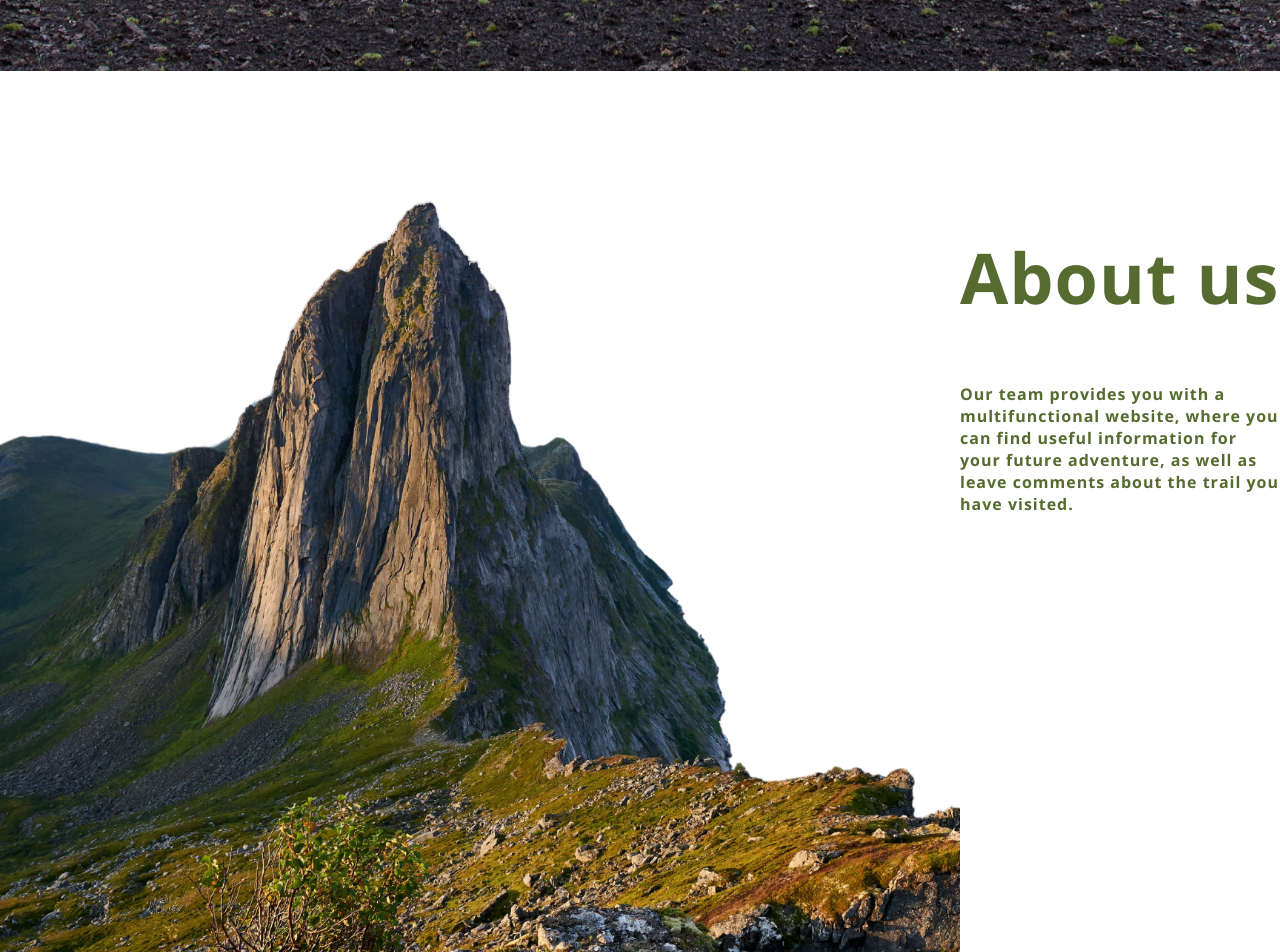
Repository: artembundin/travelrus.github.io
Page: index.html
An editor plug-in stored every save of this project. The page is shown before and after a run of saves, followed by the edit.
The browser window is 1280 px wide. The pictures show the part of the page from y = 2629 to 3581 px (the page is 4792 px tall).
A picture or video elsewhere on the page could not be fetched, so the positions and the page height are approximate. An inner scrolling area shows only its first screen. Backgrounds fixed to the window are drawn as part of the page. Some web fonts or font styles are not loaded; a fallback is used.

Above is the page before, as saved 2025-05-08 01:38:42.
Console error: TypeError: Cannot read properties of null (reading 'offsetTop')

### index.html
<!DOCTYPE html>
<html lang="en">
  <head>
    <meta charset="UTF-8" />
    <meta name="viewport" content="width=device-width, initial-scale=1.0" />
    <title>Document</title>
    <link rel="stylesheet" href="style.css" />
  </head>
  <body>
    <header class="header">
      <div class="container-header">
        <img src="icons/TRAIL TRIBE (3).svg" alt="" class="anim header-logo" />
        <ul class="header-list">
          <li><a class="active" href="/">HOME</a></li>
          <li><a href="/">BLOG</a></li>
          <li><a href="#inf">DISCOVER</a></li>
          <li><a href="/">ABOUT AS</a></li>
        </ul>
      </div>
    </header>
    <main class="main">
      <section class="join">
        <div class="join-container">
          <div class="text_section">
            <h2>Featured Items</h2>
            <p>
              These are some of the basic things that will be useful to you on a
              hike. See the full list on our blog.
            </p>
          </div>
          <a href="#" class="btn_list" id="newPageButton">BLOG</a>
        </div>
      </section>
      <section class="inf" id='inf'>
        <div class="inf-container">
          <h2 class="inf-caption animate-slidein">Find our most popular camps</h2>
          <div class="cards">
              <div class="cards-content">
                <a href="map.html#mapstore">
                  <img src="images/bvt.jpeg" alt="" class="img">
                </a>
                <div class="cards-text">
                  <h4 class="cards-title">The Big Valdai Trail</h4>
                  <p class="cards-sub-title">Its uniqueness lies in the change of ecological systems: spruce-fir forest, broad-leaved forest, pine forest.</p>
                </div>
              </div>
            <div class="cards-content">
              <a href="map.html#mapstore2">
                <img src="images/30.jpeg" alt="" class="img">
              </a>
              <div class="cards-text">
                <h4 class="cards-title">Through the Mountains to the Sea</h4>
                <p class="cards-sub-title">One of the oldest, most popular traveled tourist routes in the Soviet Union.</p>
              </div>
            </div>
            <div class="cards-content">
              <a href="map.html#mapstore3">
                <img src="images/btt.jpeg" alt="" class="img">
              </a>
              <div class="cards-text">
                <h4 class="cards-title">The Great Baikal Trail</h4>
                <p class="cards-sub-title">The trail will connect three national parks and three reserves.</p>
              </div>
            </div>
          </div>
        </div>
      </section>
      <section class="aboutus">
        <div class="aboutus-container">
          <div class="aboutus-image animate-slideleft"></div>
          <div class="aboutus-text animate-slideright">
            <h2 class="aboutus-title">About us</h2>
            <p class="aboutus-sub-title">Our team provides you with a multifunctional website, where you can find useful information for your future adventure, as well as leave comments about the trail you have visited.</p>
          </div>
        </div>
      </section>
      <section class="stuff-list">
      <h2 class="stuff-list-caption animate-appeir">That is useful for any hike</h2>
      <div class="item">
        <div class="stuff-list-container animate-appeir">
            <div class="stuff-item">
                    <p class="item1_title">Knife</p>
                    <img src="images/knife.svg" alt="/" id="item1">
            </div>
            <div class="stuff-item">
                    <p class="item2_title">Sleeping-bag</p>
                    <img src="images/sleepingbag.svg" alt="/" id="item2">
            </div>
            <div class="stuff-item">
                    <p class="item3_title">Tent</p>
                    <img src="images/tent.svg" alt="/" id="item3">
            </div>
          </div>
      </div>
    </section>
  </main>
  <script src="animation.js"></script>
  </body>
</html>




<!--<h2 class="stuff-list-caption">That is useful for any hike</h2>-->

### style.css
@font-face {
  font-family: 'OpenSans';
  src: url(fonts/OpenSans-Regular.woff2) format('woff2');
  font-weight: 400;
  font-style: normal;
  font-display: swap;
}
@font-face {
  font-family: 'OpenSans';
  src: url(fonts/OpenSans-Bold.woff2) format('woff2');
  font-weight: 700;
  font-style: normal;
  font-display: swap;
}


body {
  margin: 0;
  font-family: 'OpenSans';
  background-color: white;
  color: white;
  font-weight: 550;
}

ul {
  list-style: none;
  padding: 0;
  margin: 0;
}

a {
  text-decoration: none;
  color: white;
}

p {
  display: flex;
  /*animation: pfade linear both;
  animation-timeline: view();
  animation-range: entry 50% cover 50%;*/
}


h1, h2, h3, h4, h5, h6 {
  display: flex;
  /*animation: pfade linear both;
  animation-timeline: view();
  animation-range: entry 50% cover 50%;*/
}


/*@keyframes pfade {
  from {
    opacity: 0;
  }
  to {
    opacity: 1;
  }
} */

a {
  text-decoration: none;
}

/*Шапка*/

.header {
  position: relative;
  text-align: center;
  background-image: url(images/hiking3.jpeg);
  background-attachment: fixed;
  background-size: cover;
  background-position: center;
}

.container-header {
  display: flex;
  flex-direction: column;
  align-items: center;
  max-width: 1200px;
  height: 900px;
  margin-left: auto;
  margin-right: auto;
  overflow-x: hidden;
  padding: 0 15px;
}

.header-logo {
  width: 600px;
  height: 600px;
}



.header-img {
  position: absolute;
  width: 100%;
  height: auto;

  background-image: url(images/hiking3.jpeg);
  /*background-attachment: fixed;
    background-size: cover;
    background-position: center;*/
  z-index: -1;
}

.header-list {
  display: flex;
  gap: 40px;
  margin-top: -100px;
  text-decoration: underline;
  text-underline-offset: 10px;
  opacity: 0.6;
  font-weight: 600;
  font-size: 25px;
  letter-spacing: 3px;
}


/*СЕКЦИЯ 1*/

.main {
  display: inline;
}


.join {
  background-image: url('images/cloudmount.png');
  background-size: contain;
  background-repeat: no-repeat;
  animation: pfade linear both;
  animation-timeline: view();
  animation-range: entry 50% cover 50%;
}

@keyframes pfade {
  from {
    opacity: 0;
  }
  to {
    opacity: 1;
  }
}

.join-container {
  display: flex;
  max-width: 1200px;
  height: 900px;
  margin-left: auto;
  margin-right: auto;
  overflow-x: hidden;
  padding: 0 15px;
}


.text_section {
  width: 330px;
  height: 500px;
  padding: 100px;
  color: darkolivegreen;
}

.text_section p {
  letter-spacing: 1px;
}

.text_section h2 {
  font-size: 70px;
  font-weight: 700;
}

/*Кнопка*/

.btn_list {
  position: relative;
  text-align: center;
  padding: 5px 10px;
  width: 200px;
  height: 30px;
  top: 550px ;
  right: 430px;
  font-size: 20px;
  color: darkolivegreen;

  background-color: white;
  border-radius: 17px;
  box-shadow: 5px 5px 5px 3px #8a8a8a;
  cursor: pointer;
  transition: .3s;
}

.btn_list:active {
  transform: translateY(4px);
  box-shadow: 0 5px 0 darkgreen;
}


/*Конец кнопки*/



/*СЕКЦИЯ 2*/

.inf {
  background-image: url(images/holm.png);
  background-attachment: fixed;
  background-size: 1200px 900px;
  background-repeat: no-repeat;
  color: #AFD2F2;

}


.inf-caption {
  display: flex;
  justify-content: center;
  font-size: 60px;
  font-weight: 700;
  margin-top: 100px;
  margin-bottom: 200px;

  color: white;
}

@keyframes slidein {
  from {
    transform: translateX(-100%);
    opacity: 0;
  }
  to {
    transform: translateX(0);
    opacity: 1;
  }
}

.inf-caption.animate-slidein {
  animation: slidein;
  animation-duration: 2s;
  animation-timing-function: linear forwards;
  animation-iteration-count: 1;
}

.inf-container {
  max-width: 1200px;
  height: 900px;
  margin-left: auto;
  margin-right: auto;
  overflow-x: hidden;
  padding: 0 15px;
}

@keyframes fadein {
  from {
    opacity: 0;
  }
  to {
    opacity: 1;
  }
}

.cards {
  display: flex;
  justify-content: center;
  gap: 100px;
  animation: pfade linear both;
  animation-timeline: view();
  animation-range: entry 50% cover 50%;
}

.cards-content {
  display: flex;
  position: relative;
  justify-content: center;
  align-items: center;
  overflow: hidden;




  /*width: 400px;
  border-radius: 20px;
  margin-top: 200px;
  text-align: center;*/
}


.img {
  width: 400px;
  height: 300px;
  border: 3px solid #2E2C33;




  /*max-width: 100%;
  height: 350px;
  object-fit: cover;
  border-radius: 15px;*/
}

.cards-text {
  width: 200px;
  height: 200px;
  background-color: white;
  padding: 1.5rem 2rem;
  box-shadow: 0 8px 24px hsla(0, 0%, 0%, .15);
  border-radius: 1rem;
  position: absolute;
  bottom: -9rem;
  opacity: 0;
  transition: opacity 1s 1s;
}

.cards-title {
  font-size: 28px;
  font-weight: 700;
  margin-bottom: .75rem;
}



.cards-sub-title {
  font-size: 13px;
  font-weight: 400;

}

.cards-content:hover .cards-text{
  animation: show-text 1s forwards;
  opacity: 1;
  transition: opacity .3s;
}

.cards-content {
  animation-name: remove-overflow;
  animation: remove-overflow 2s forwards;

}

.cards-content:not(:hover) {
  animation: show-overflow 2s forwards;
}

.cards-content:not(:hover) .cards-text {
  animation: remove-text 1s forwards;
}

@keyframes show-text {
  50% {
    transform: translateY(-10rem);
  }
  100% {
    transform: translateY(-7rem);
  }
}

@keyframes remove-overflow {
  to {
    overflow: initial;
  }
}

@keyframes remove-text {
  0% {
    transform: translateY(-7rem);
  }
  50% {
    transform: translateY(-10rem);
  }
  100% {
    transform: translateY(.5rem);
  }
}

@keyframes show-overflow {
  0% {
    overflow: initial;
    pointer-events: none;
  }
  50% {
    overflow: hidden;
  }
}


/*СЕКЦИЯ 3 */



.aboutus {
  color: darkolivegreen;
}


.aboutus-container {
  display: flex;
  max-width: 1500px;
  height: 800px;
  margin-right: auto;
  overflow-x: hidden;
  margin-top: 100px;
  margin-bottom: 150px;
}


.aboutus-image {
  background-image: url(images/goraaa.png);
  background-size: cover;
  background-repeat: no-repeat;
  width: 1200px;
  height: 800px;
}

/*@keyframes slideleft {
  from{
    transform: translateX(-100%);
    opacity: 0;
  }
  to {
    transform: translate(0);
    opacity: 1;
  }
}

.aboutus-image.animate-slideleft {
  animation: slideleft;
  animation-duration: 5s;
  animation-timing-function: linear forwards;
  animation-iteration-count: 1;
}*/

.aboutus-text {
  width: 400px;
  height: 300px;
  text-align: left;
  letter-spacing: 1px;
}

/*.aboutus-text.animate-slideright {
  animation: none;
  animation: slideright;
  animation-duration: 4s;
  animation-timing-function: linear forwards;
  animation-iteration-count: 1;
}

@keyframes slideright {
  from {
    transform: translateX(100%);
  }
  to {
    transform: translateX(0);
  }
}*/

.aboutus-title {
  font-size: 70px;
  justify-content: left;
}



/*СЕКЦИЯ 3*/


/*.cards {
  display: flex;
  justify-content: center;
  gap: 170px;
} карточки секция */

@keyframes appeir {
  from {
    opacity: 0;
  }
  to {
    opacity: 1;
  }
}

.stuff-list-caption {
  display: flex;
  justify-content: center;
  font-size: 65px;
  font-weight: 700;
  color: darkolivegreen;

}

.stuff-list-caption.animate-appeir {
  animation: appeir;
  animation-duration: 6s;
  animation-timing-function: linear forwards;
  animation-iteration-count: 1;
}

.stuff-list-container.animate-appeir {
  display: grid;
  grid-template-columns: 0.25fr 0.25fr;
  grid-template-rows: 600px 600px;
  gap: 20px;
  max-width: 1200px;
  height: 800px;
  margin-left: auto;
  margin-right: auto;
  overflow-x: hidden;
  margin-top: 100px;


    /*animation: appeir2 ;
    animation-duration: 1s;
    animation-timing-function: ease-in forwards;
    animation-delay: 1s;
    animation-iteration-count: 1;*/

}

/*@keyframes appeir2 {
  from {
    opacity: 0;
  }
  to {
    opacity: 1;
  }
}*/

.stuff-list {
  color: white;
}


.item {
  background-image: url(/images/sumka.png);
  background-size: 1300px 800px;
  background-repeat: no-repeat;
  background-position: center;
}


#item1 {
  background-color: lemonchiffon;
  position: relative;
  left: 490px;
  top: 160px;
}



#item2 {
  background-color: lightpink;
  position: relative;
  left: 390px;
  top: 130px;
}



#item3 {
  background-color: lightsteelblue;
  position: relative;
  left: 530px;
  bottom: 230px;
}

.item1_title {
  position: relative;
  left: 490px;
  top: 160px;
  font-size: 17px;
}

.item2_title {
  position: relative;
  left: 390px;
  top: 130px;
  font-size: 17px;
}

.item3_title {
  position: relative;
  left: 530px;
  bottom: 230px;
  font-size: 17px;
}

/* В конец файла добавим медиа-запросы */

/* Для планшетов */
@media screen and (max-width: 1024px) {
  .container-header {
    height: 700px;
  }

  .header-logo {
    width: 400px;
    height: 400px;
  }

  .header-list {
    font-size: 20px;
    gap: 20px;
  }

  .join-container {
    width: 100%;
    padding: 0 20px;
  }

  .text_section {
    padding: 50px;
  }

  .text_section h2 {
    font-size: 50px;
  }

  .cards {
    flex-wrap: wrap;
    gap: 50px;
  }

  .img {
    width: 300px;
    height: 225px;
  }

  .aboutus-container {
    flex-direction: column;
    height: auto;
  }

  .aboutus-image {
    width: 100%;
    height: 500px;
  }

  .aboutus-text {
    width: 100%;
    margin: 20px;
  }
}

/* Для мобильных устройств */
@media screen and (max-width: 768px) {
  .container-header {
    height: 500px;
  }

  .header-logo {
    width: 300px;
    height: 300px;
  }

  .header-list {
    font-size: 16px;
    gap: 15px;
    flex-direction: column;
  }

  .text_section h2 {
    font-size: 40px;
  }

  .btn_list {
    right: 200px;
  }

  .inf-caption {
    font-size: 40px;
    margin: 50px 0;
  }

  .cards-content {
    width: 100%;
  }

  .img {
    width: 100%;
    max-width: 300px;
  }

  .stuff-list-container {
    grid-template-columns: 1fr;
    grid-template-rows: auto;
  }

  #item1, #item2, #item3,
  .item1_title, .item2_title, .item3_title {
    left: 50%;
    transform: translateX(-50%);
    position: relative;
    top: 0;
    bottom: 0;
  }

  .stuff-list-caption {
    font-size: 40px;
    text-align: center;
  }
}

/* Для маленьких экранов */
@media screen and (max-width: 480px) {
  .header-logo {
    width: 200px;
    height: 200px;
  }

  .text_section {
    width: 100%;
    padding: 20px;
  }

  .text_section h2 {
    font-size: 30px;
  }

  .btn_list {
    width: 150px;
    right: 100px;
  }
}

.join,
.inf,
.aboutus,
.stuff-list {
  width: 100%;
  overflow-x: hidden;
}

### animation.js
window.addEventListener('scroll', function() {
    var infCaption = document.querySelector('.inf-caption');
    var infOffsetTop = infCaption.offsetTop;
    var windowHeight = window.innerHeight;
    var scrollTop = window.scrollY;

    if (scrollTop > infOffsetTop - windowHeight) {
    infCaption.classList.add('animate-slidein');
    }
    else {
    infCaption.classList.remove('animate-slidein');
    }
});

window.addEventListener('scroll', function() {
    var aboutusSection = document.querySelector('.aboutus');
    var aboutusOffsetTop = aboutusSection.offsetTop;
    var windowHeight = window.innerHeight;
    var scrollTop = window.scrollY;

    if (scrollTop > aboutusOffsetTop - windowHeight) {
    document.querySelector('.aboutus-image').classList.add('animate-slideleft');
    document.querySelector('.aboutus-text').classList.add('animate-slideright');
    }
    else {
    document.querySelector('.aboutus-image').classList.remove('animate-slideleft');
    document.querySelector('.aboutus-text').classList.remove('animate-slideright');
    }
});


window.addEventListener('scroll', function() {
    var stuffSection = document.querySelector('.stuff-list');
    var stuffOffsetTop = stuffSection.offsetTop;
    var windowHeight = window.innerHeight;
    var scrollTop = window.scrollY;

    if (scrollTop > stuffOffsetTop - windowHeight) {
    document.querySelector('.stuff-list-caption').classList.add('animate-appeir');
    }
    else {
    document.querySelector('.stuff-list-caption').classList.remove('animate-appeir');
    }
});

document.addEventListener('scroll', function() {
    var stuffSection = document.querySelector('.stuff-list-container');
    var windowHeight = window.innerHeight;
    var stuffOffsetTop = stuffSection.offsetTop;
    var scrollTop = window.scrollY;

    if (scrollTop > stuffOffsetTop - windowHeight) {
        stuffSection.classList.add('animate-appeir');
    } else {
        stuffSection.classList.remove('animate-appeir');
    }
});

document.addEventListener('scroll', function() {
    var footer = document.querySelector('.footer');
    var windowHeight = window.innerHeight;
    var footerOffsetTop = footer.offsetTop;
    var scrollTop = window.scrollY;

    if (scrollTop > footerOffsetTop - windowHeight) {
        footer.classList.add('animate-appeir-footer');
    } else {
        footer.classList.remove('animate-appeir-footer');
    }
});

document.addEventListener('scroll', function() {
    var socialContainer = document.querySelector('.social-container');
    var windowHeight = window.innerHeight;
    var socialContainerOffsetTop = socialContainer.offsetTop;
    var scrollTop = window.scrollY;

    if (scrollTop > socialContainerOffsetTop - windowHeight) {
        socialContainer.classList.add('animate-appeir3');
    } else {
        socialContainer.classList.remove('animate-appeir3');
    }
});

const newPageButton = document.getElementById('newPageButton');

newPageButton.addEventListener('click', function() {
    window.open('blog.html');
});

After the next 3 saves:
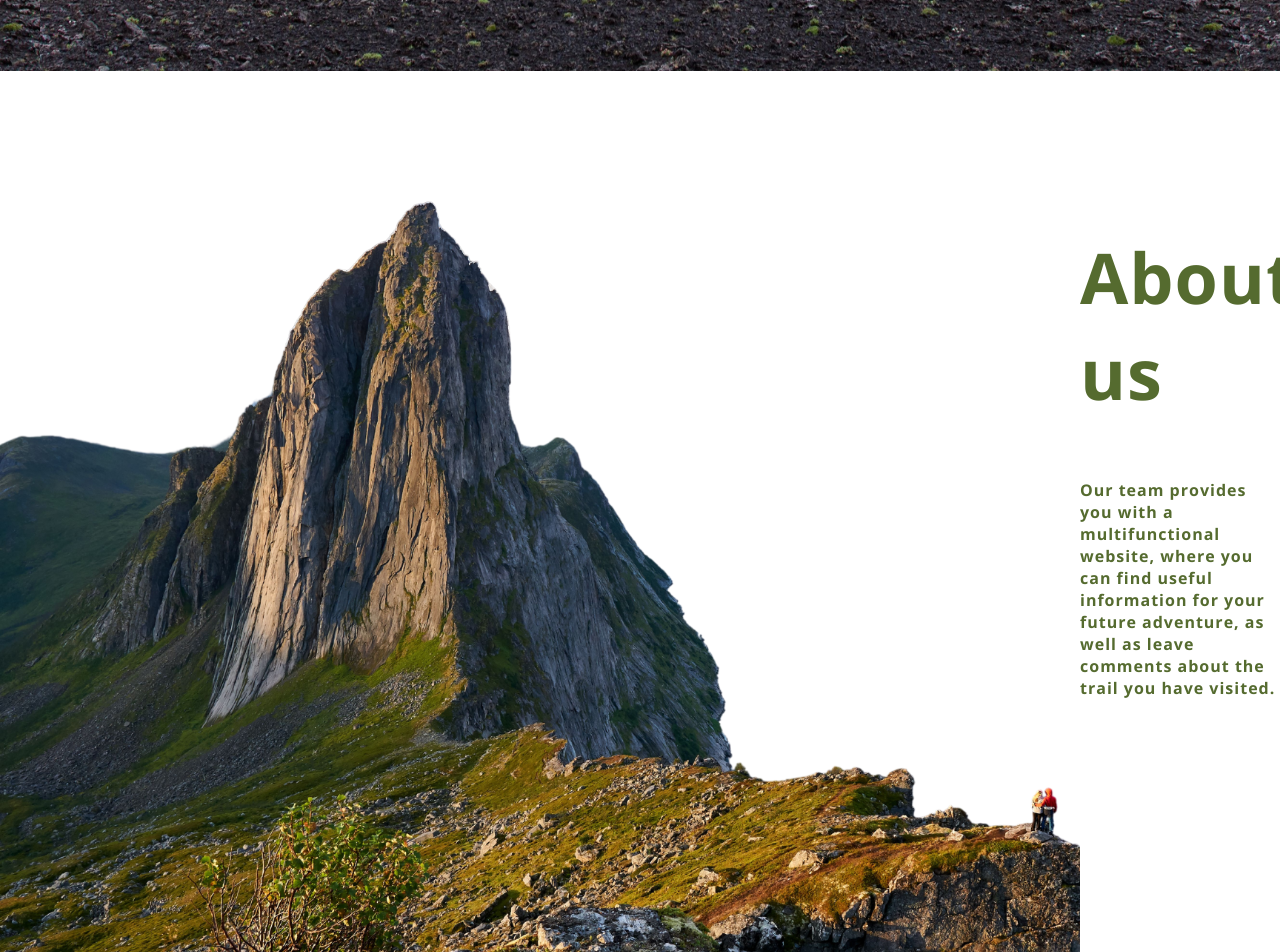
The 3 saves are shown as one change because they came seconds apart.
The last was saved 27 s later.
--- a/style.css
+++ b/style.css
@@ -430,7 +430,7 @@ a {
 }*/
 
 .aboutus-text {
-  width: 400px;
+  width: 200px;
   height: 300px;
   text-align: left;
   letter-spacing: 1px;
